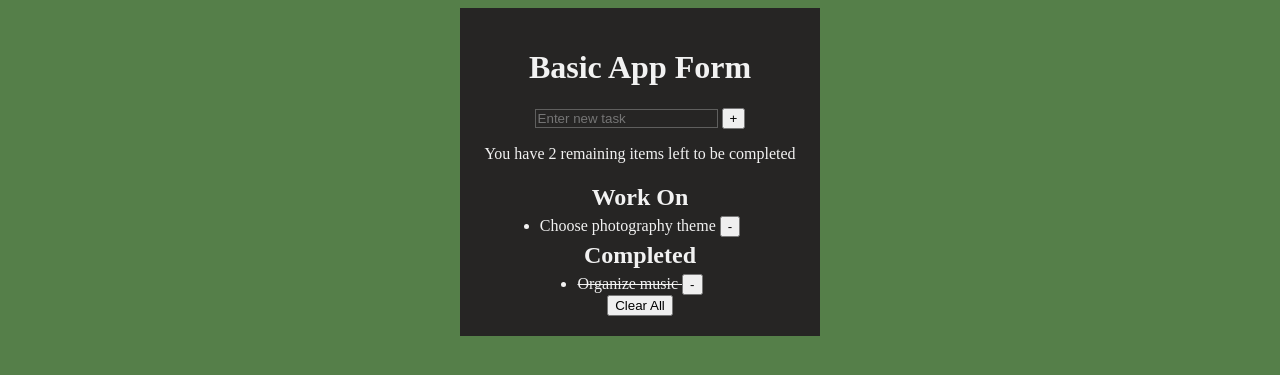
Repository: Kayla-amr/dgm_3760
Page: todoTemplate-W2/index.html
An editor plug-in stored every save of this project. The page is shown before and after the next save, followed by the edit.
The browser window is 1280 px wide. The pictures show the whole page.

Above is the page before, as saved 2022-11-08 13:12:00.

### todoTemplate-W2/index.html
<!DOCTYPE html>
<html lang="en">

<head>
    <meta charset="UTF-8">
    <meta http-equiv="X-UA-Compatible" content="IE=edge">
    <meta name="viewport" content="width=device-width, initial-scale=1.0">
    <link rel="stylesheet" href="styles.css">
    <title>Basic Todo App</title>
</head>

<body>
    <main>
        <div class="taskForm">
            <h1 class="formTitle"></h1>
            <div>
                <input class="userInput" type="text" placeholder="Enter new task">
                <button class="addTask">+</button>
            </div>
            <p class="remainingTasks"></p>
            <h2>Work On</h2>
            <ul class='todoTasks'>
            </ul>
            <h2>Completed</h2>
            <ul class='completedTasks'>
            </ul>

            <button id="clearBtn">Clear All</button>
    </main>

    </div>
</body>
<script src="/todoTemplate-W2/index.js"></script>

</html>

### todoTemplate-W2/styles.css
body{
    background-color: #557f49;
    color: #f2f2f2;
}
main{
    display: flex;
    justify-content: center;
}
h2{
    margin: 0;
    padding: 5px;
}
.taskForm{
    background-color: #262524;
    padding: 20px;
    width: 20rem;
    display: flex;
    flex-direction: column;
    align-items: center;
}

.todoTasks{
    margin: 0;
    padding: 0;
}
.completedTasks{
    margin: 0;
    padding: 0;
}
.userInput{
    background-color: #eaaf1900;
    border: 1px solid #808080a1;
    color: #f2f2f2;
}

### todoTemplate-W2/index.js
const addBtn = document.querySelector('.addTask'); //store element object for the add task button
const todoTaskUl = document.querySelector('.todoTasks'); //get a reference to the task container UL
const completedTaskUL = document.querySelector('.completedTasks'); //get a reference to the task container UL
const clearBtn = document.querySelector('#clearBtn'); //clear button
const removeBtn = document.querySelector('.removeBtn');
const remainingTasks = document.querySelector('.remainingTasks');

let myList = [
	{
		id: 0,
		name: 'Choose photography theme',
		category: 'Homework',
		due_date: 'Tomorrow',
		status: false
	},
	{
		id: 1,
		name: 'Organize music',
		category: 'Chores',
		due_date: 'Wednesday',
		status: true
	}
];

//app title
document.querySelector('.formTitle').innerText = 'Basic App Form';

//view todods

function displayTodos(todos) {
	//clear out any tasks (li elements) that are in the UL
	todoTaskUl.innerHTML = '';
	completedTaskUL.innerHTML = '';
	//for each todo in the array, add it to the container UL
	todos.forEach(function(myTask) {
		if (myTask.status != true) {
			todoTaskUl.innerHTML += `<li data-todoId='${myTask.id}'> ${myTask.name} <button class="removeBtn" onclick="deleteTask()">-</button></li>`;

		} else {
			completedTaskUL.style.textDecoration = 'line-through';
			completedTaskUL.innerHTML += `<li data-todoId='${myTask.id}'> ${myTask.name} <button class="removeBtn" onclick="deleteTask()">-</button></li>`;
		}
	});
}

//add todos

function addTask() {
	let userInput = document.querySelector('.userInput').value;

	const newTodoObj = {
		id: myList.length + 1,
		name: userInput,
		category: null,
		due_date: null,
		status: false
	};

	myList.push(newTodoObj);
	displayTodos(myList);
}

// create a function to complete todos
function editTask() {
	const clickedTodoId = event.target.dataset.todoid;
	const todoIdx = myList.findIndex((todo) => todo.id == clickedTodoId);
	myList[todoIdx].status = !myList[todoIdx].status;
	console.log(myList);
	displayTodos(myList);
	// function will take 1 parameter (input) an id of the todo to complete
	// find the todo to complete and then change the value of status in the todo object
	//use the .findIndex method to get the index
	//then edit the object directly using bracket notation
	//IE: myList[todoIDX].status
}

//create a function to delete todos
function deleteTask() {
	const todoIdx = myList.findIndex((todo) => todo.obj == removeBtn);
	myList.splice(todoIdx, 1);
	displayTodos(myList);
	//much the same as the complete todo function
	//instead of editing the object, you will need to remove it from the array
}

function deleteComplete() {
	myList.forEach((todo, index, array) => {
		if (todo.status) {
			array.splice(index, 1);
		}
	});
}

function remaining() {
	remainingTasks.textContent = `You have ${todoTaskUl.tagName.length} remaining items left to be completed`;
	console.log(todoTaskUl.getElementsByTagName('li').length)
}

remaining();
//for complete and delete event listeners you will need to listen for events on the UL

addBtn.addEventListener('click', (event) => {
	addTask();
});

todoTaskUl.addEventListener('click', (event) => {
	editTask();
});

completedTaskUL.addEventListener('click', (event) => {
	editTask();
});

clearBtn.addEventListener('click', (event) => {
	deleteComplete();
	displayTodos(myList);
});

//on page load, show the todos
displayTodos(myList);

After the next save:
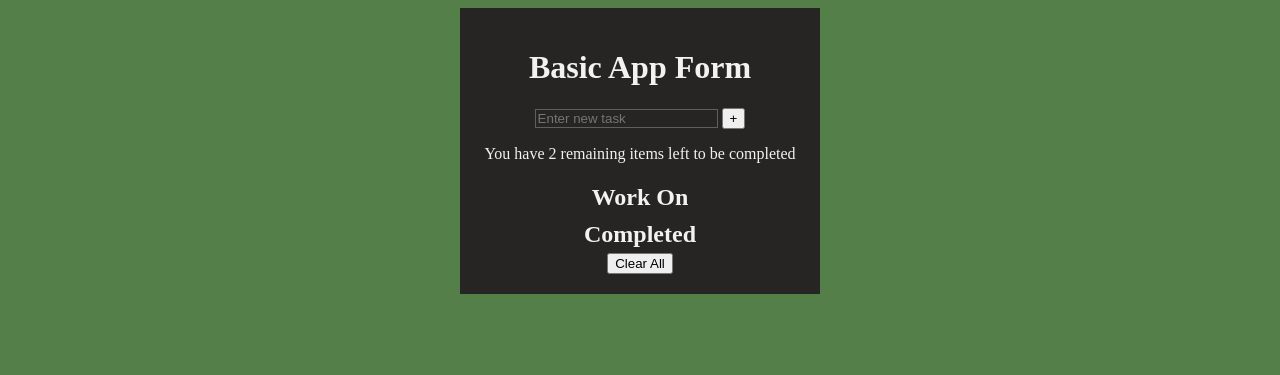
Console error: TypeError: Cannot read properties of null (reading 'length')
Saved 17 s later.
--- a/todoTemplate-W2/index.js
+++ b/todoTemplate-W2/index.js
@@ -93,7 +93,7 @@
 
 function remaining() {
 	remainingTasks.textContent = `You have ${todoTaskUl.tagName.length} remaining items left to be completed`;
-	console.log(todoTaskUl.getElementsByTagName('li').length)
+	console.log(todoTaskUl.querySelector('li').length)
 }
 
 remaining();

After the 5 saves that followed:
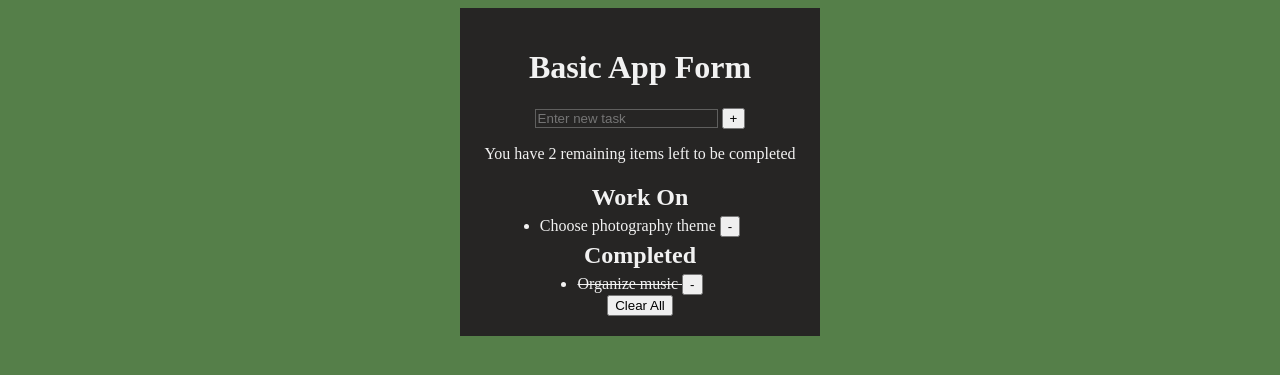
The error is gone.
The 5 saves are shown as one change because 2 left the picture as it was and some came seconds apart.
The last was saved 27 s later.
--- a/todoTemplate-W2/index.js
+++ b/todoTemplate-W2/index.js
@@ -93,7 +93,7 @@
 
 function remaining() {
 	remainingTasks.textContent = `You have ${todoTaskUl.tagName.length} remaining items left to be completed`;
-	console.log(todoTaskUl.querySelector('li').length)
+	console.log(todoTaskUl.getElementsByTagName('li').length)
 }
 
 remaining();
